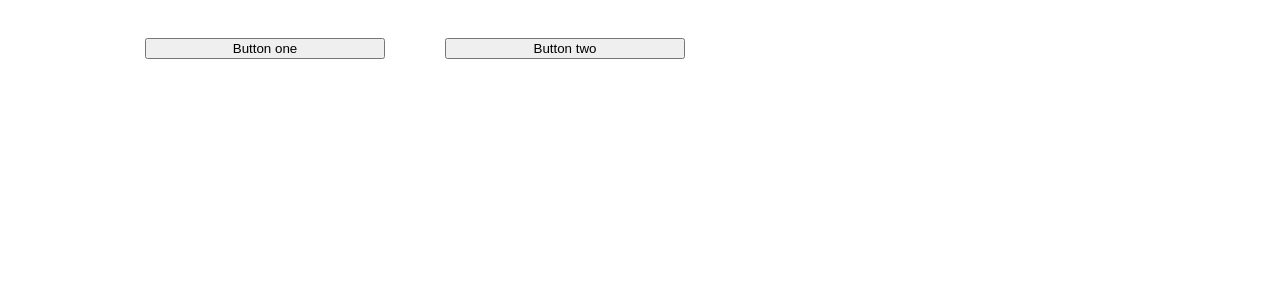
Repository: PeterKellett/the-importance-of-this
Page: index.html
The author's editor kept a record of every edit. The page is drawn from the files as they stood at one moment, then again after the next edit.
The browser window is 1280 px wide. The pictures show the whole page.

Above is the page before.

After the next edit:
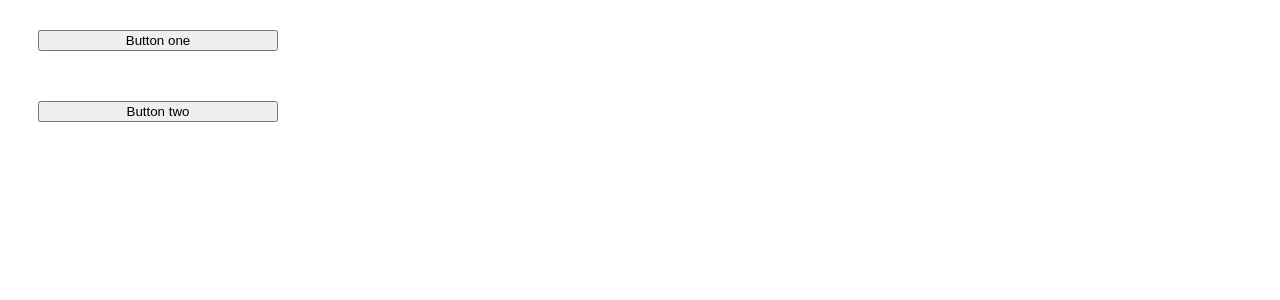
The edit:
--- a/index.html
+++ b/index.html
@@ -11,7 +11,7 @@
 </head>
 
 <body>
-    <div id="container">
+    <div class="container">
         <div class="card">
             <button>Button one</button>
         </div>
